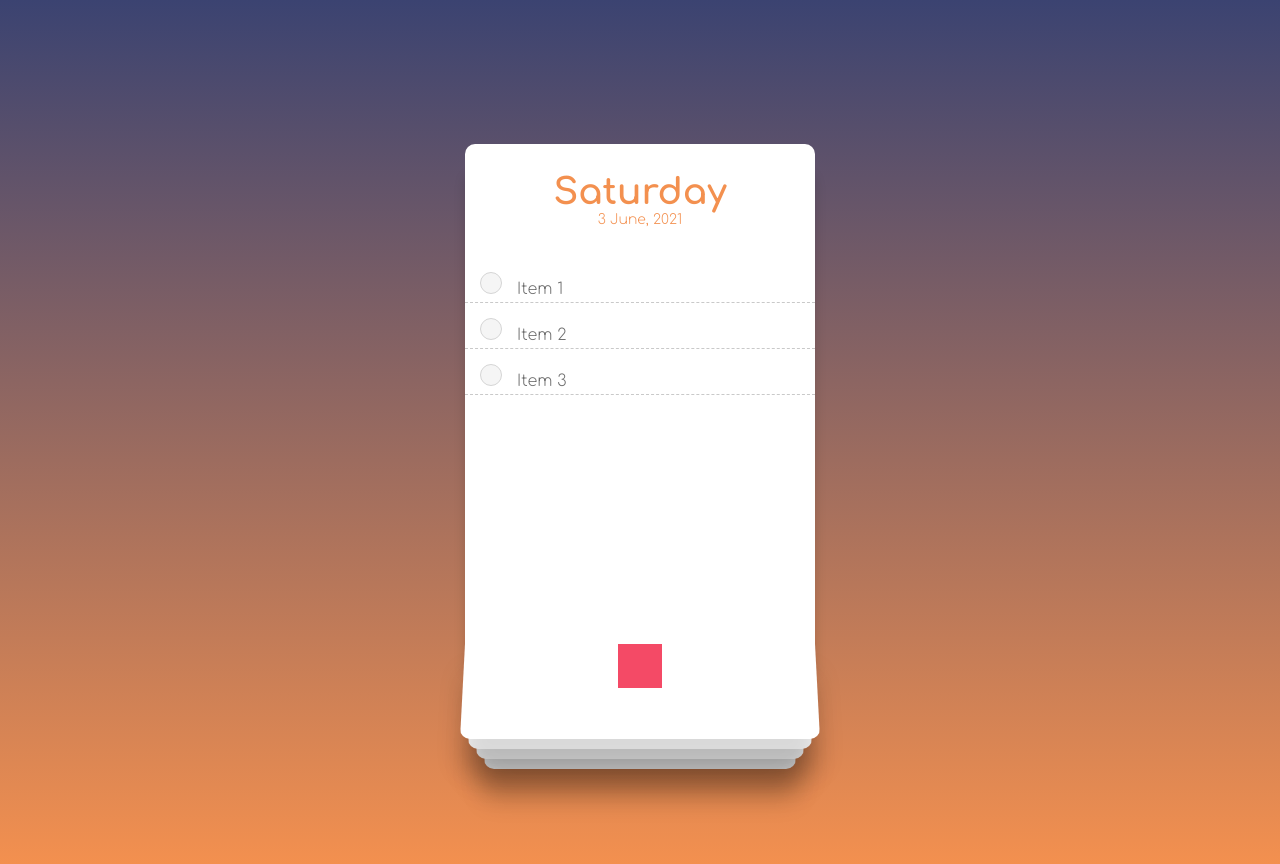
Repository: Colo-Codes/mini-projects
Page: todo-app/index.html
An editor plug-in stored every save of this project. The page is shown before and after the next save, followed by the edit.
The browser window is 1280 px wide. The pictures show the whole page.
Pictures or frames that could not be fetched are drawn as grey boxes.

Above is the page before, as saved 2021-07-04 13:11:29.

### todo-app/index.html
<!DOCTYPE html>
<html lang="en">
    <head>
        <meta charset="UTF-8" />
        <meta http-equiv="X-UA-Compatible" content="IE=edge" />
        <meta name="viewport" content="width=device-width, initial-scale=1.0" />
        <link rel="stylesheet" href="./css/index.css" />
        <title>Mini-Project - ToDo app</title>
    </head>
    <body>
        <div class="changing-background">
            <main class="todo">
                <section id="todo--header">
                    <header>Saturday</header>
                    <p>3 June, 2021</p>
                </section>
                <section id="todo--tasks-list">
                    <ul>
                        <li class="todo--tasks-list--item">
                            <span
                                class="todo--tasks-list--item--checkbox"
                            ></span
                            ><span class="todo--tasks-list--item--description"
                                >Item 1</span
                            >
                        </li>
                        <li class="todo--tasks-list--item">
                            <span
                                class="todo--tasks-list--item--checkbox"
                            ></span
                            ><span class="todo--tasks-list--item--description"
                                >Item 2</span
                            >
                        </li>
                        <li class="todo--tasks-list--item">
                            <span
                                class="todo--tasks-list--item--checkbox"
                            ></span
                            ><span class="todo--tasks-list--item--description"
                                >Item 3</span
                            >
                        </li>
                    </ul>
                </section>
            </main>
            <div id="sheet-1-3d">
                <section id="todo--footer">
                    <div id="add-task">
                        <img
                            src="./images/plus.png"
                            alt="Add a new task"
                            width="44px"
                            height="44px"
                        />
                    </div>
                </section>
            </div>
            <div id="sheet-2-3d"></div>
            <div id="sheet-3-3d"></div>
            <div id="sheet-4-3d"></div>
        </div>
        <script src="./js/index.js"></script>
    </body>
</html>

### todo-app/css/index.css
@import url('https://fonts.googleapis.com/css2?family=Comfortaa:wght@300;700&display=swap');

/* SECTION Initial reset */

html {
    box-sizing: border-box;
    font-size: 16px;
}

*,
*:before,
*:after {
    box-sizing: inherit;
    margin: 0;
    padding: 0;
    /*outline: 1px dashed blue; /* Debugging purposes */
}

/* SECTION Background */

body {
    font-family: 'Comfortaa', cursive;
    background: #f3904f; /* fallback for old browsers */
    background: -webkit-linear-gradient(
        to bottom,
        #3b4371,
        #f3904f
    ); /* Chrome 10-25, Safari 5.1-6 */
    background: linear-gradient(
        to bottom,
        #3b4371,
        #f3904f
    ); /* W3C, IE 10+/ Edge, Firefox 16+, Chrome 26+, Opera 12+, Safari 7+ */
    background-repeat: no-repeat;
    background-size: cover;
    height: 100vh;
}

/* SECTION ToDo container */

.todo {
    margin: auto;
    margin-top: 20vh;
    width: 350px;
    height: 500px;
    background-color: white;
    border-radius: 10px 10px 0 0;
    box-shadow: 0px 30px 12px rgba(0, 0, 0, 0.15);
}

/* ToDo shapes and shadows */

div [id^='sheet-'] {
    margin: auto;
    border-radius: 0 0 10px 10px;
    -webkit-filter: drop-shadow(0px 30px 12px rgba(0, 0, 0, 0.15));
    filter: drop-shadow(0px 30px 12px rgba(0, 0, 0, 0.15));
    -ms-filter: "progid:DXImageTransform.Microsoft.Dropshadow(OffX=0, OffY=30, Color='#444')";
    filter: "progid:DXImageTransform.Microsoft.Dropshadow(OffX=0, OffY=30, Color='#444')";
    /* trapezoidal shape */
    border-bottom: 95px solid white;
    border-left: 5px solid transparent;
    border-right: 5px solid transparent;
}
#sheet-1-3d {
    width: 360px;
    height: 95px;
    margin: auto;
    border-radius: 0 0 10px 10px;
    position: relative;
    z-index: 1;
}
#sheet-2-3d {
    width: 344px;
    height: 95px;
    margin: auto;
    margin-top: -85px;
    border-radius: 0 0 10px 10px;
    position: relative;
    z-index: -1;
}
#sheet-3-3d {
    width: 328px;
    height: 95px;
    margin: auto;
    margin-top: -85px;
    border-radius: 0 0 10px 10px;
    position: relative;
    z-index: -2;
}
#sheet-4-3d {
    width: 312px;
    height: 95px;
    margin: auto;
    margin-top: -85px;
    border-radius: 0 0 10px 10px;
    position: relative;
    z-index: -3;
}

/* SECTION ToDo header */

#todo--header header {
    padding-top: 1.75rem;
    font-size: 2.25rem;
    font-weight: 700;
    text-align: center;
    color: #f3904f;
}

#todo--header p {
    font-size: 0.875rem;
    text-align: center;
    color: #f3904f;
}

/* SECTION ToDo list of tasks */

#todo--tasks-list {
    margin-top: 1.875rem;
}

.todo--tasks-list--item {
    font-size: 1rem;
    color: #6d6d6d;
    height: 46px;
    border-bottom: 1px dashed #c9c9c9;
    margin: auto 0;
    list-style: none;
    padding-top: 15px;
}

.todo--tasks-list--item--checkbox {
    display: inline-block;
    width: 22px;
    height: 22px;
    background-color: #f5f5f5;
    border: 1px solid #d5d5d5;
    border-radius: 50%;
    margin: auto 15px auto 15px;
}

/* SECTION Add task */

#todo--footer #add-task {
    width: 44px;
    margin: auto;
    filter: invert(83%) sepia(32%) saturate(6122%) hue-rotate(326deg)
        brightness(103%) contrast(91%);
    position: relative;
    z-index: 10;
}

### todo-app/js/index.js
'use strict';

// SECTION Default tasks items

const itemsList = [
    {
        task: 'This is task #1',
        dueDate: '06/07/2021',
        completed: false
    },
    {
        task: 'This is task #2',
        dueDate: '06/07/2021',
        completed: false
    },
    {
        task: 'This is task #3',
        dueDate: '06/07/2021',
        completed: false
    },
];

const startingTasks = Array.from(document.querySelectorAll(".todo--tasks-list--item--description"));

console.log(startingTasks);

// startingTasks.forEach((element, i) => {
//     element.textContent = itemsList[i].task;
// });

// document.querySelector(".todo--tasks-list--item--description").textContent = itemsList[0].task;

After the next save:
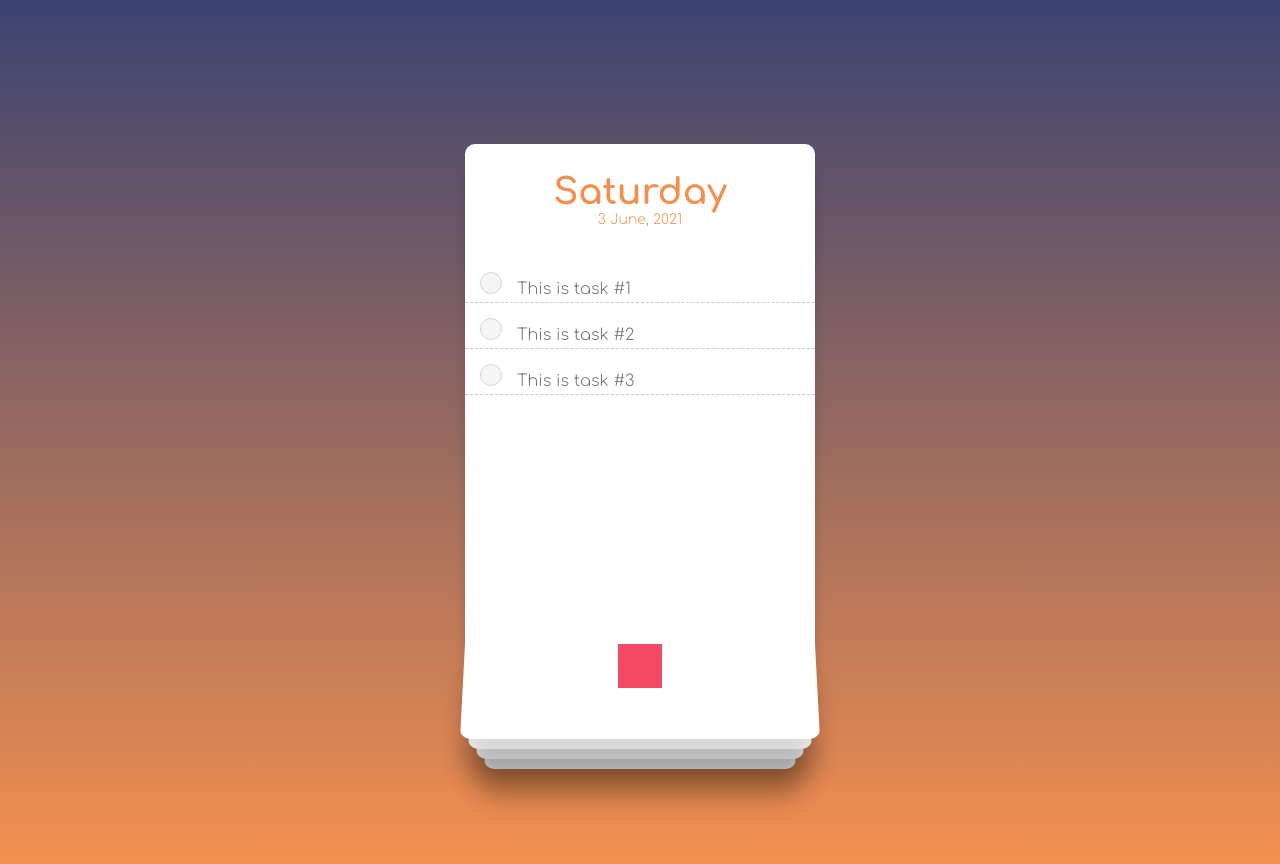
Saved 22 s later.
--- a/todo-app/js/index.js
+++ b/todo-app/js/index.js
@@ -22,10 +22,8 @@ const itemsList = [
 
 const startingTasks = Array.from(document.querySelectorAll(".todo--tasks-list--item--description"));
 
-console.log(startingTasks);
-
-// startingTasks.forEach((element, i) => {
-//     element.textContent = itemsList[i].task;
-// });
+startingTasks.forEach((element, i) => {
+    element.textContent = itemsList[i].task;
+});
 
 // document.querySelector(".todo--tasks-list--item--description").textContent = itemsList[0].task;
